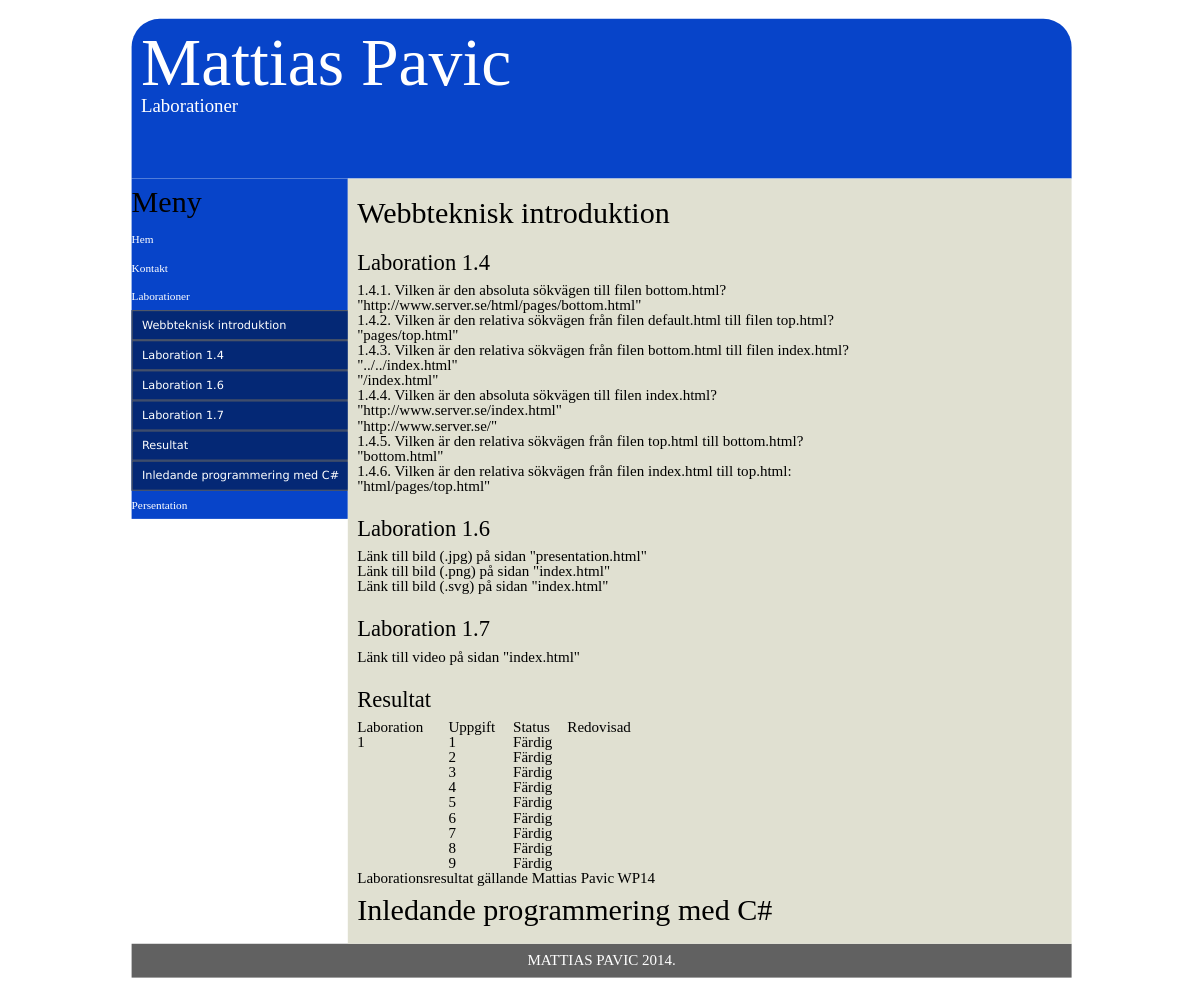
Repository: mp222sf/1ik415-laborationer
Page: pages/laborationer.html
The author's editor kept a record of every edit. The page is drawn from the files as they stood at one moment, then again after the next edit.
The browser window is 1280 px wide. The pictures show the whole page, at 94% of full size.

Above is the page before.

After the next edit:
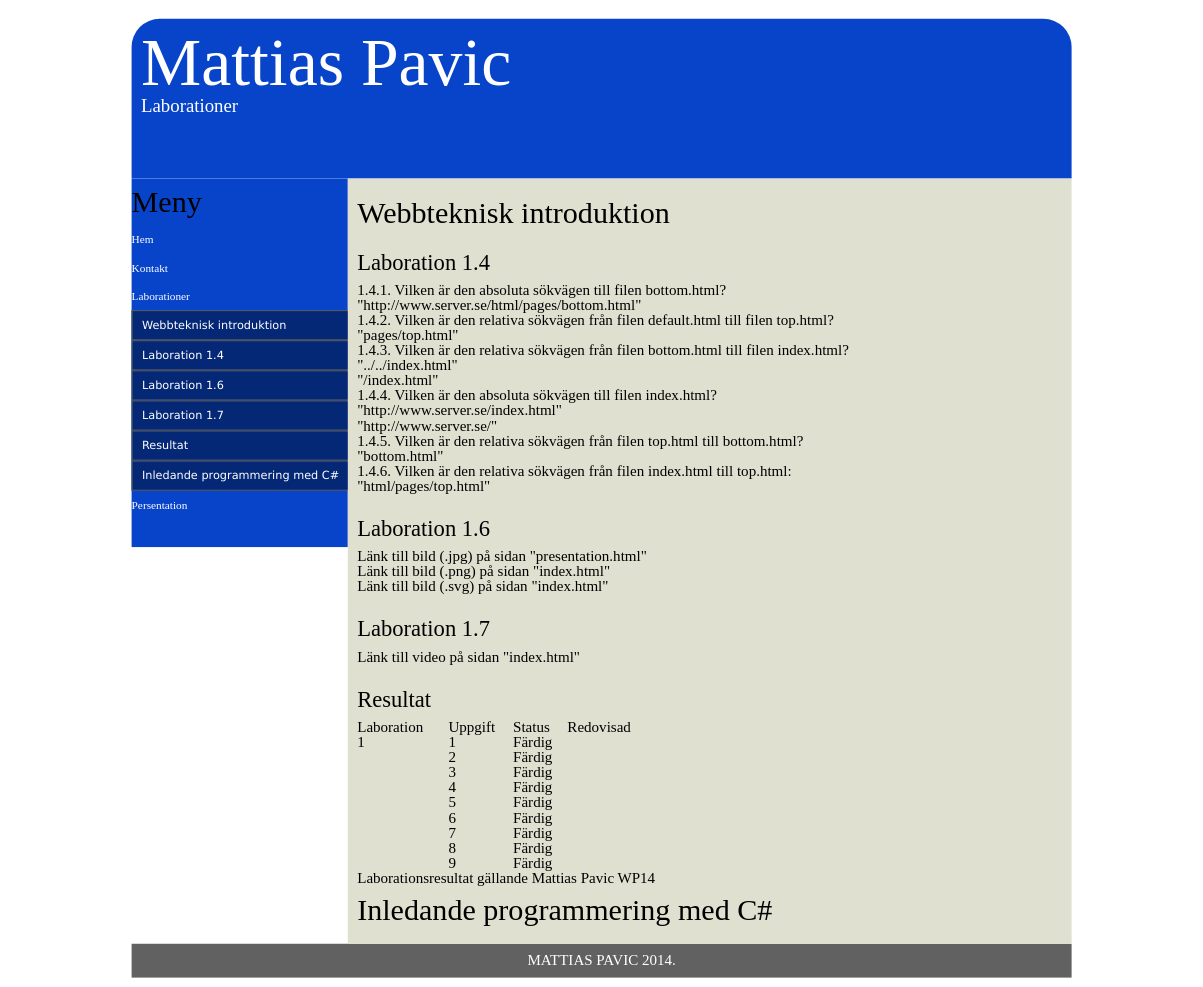
The edit:
--- a/pages/laborationer.html
+++ b/pages/laborationer.html
@@ -25,7 +25,8 @@
                     <li><a href="#resultat">Resultat</a></li>
                     <li><a href="#inledande_programmering_med_csharp">Inledande programmering med C#</a></li>
                 </ul>
-                <a href="presentation.html">Persentation</a><br>
+                <a href="presentation.html">Persentation</a>
+                </ul><br>
 
             </div>
             <div id="content">
